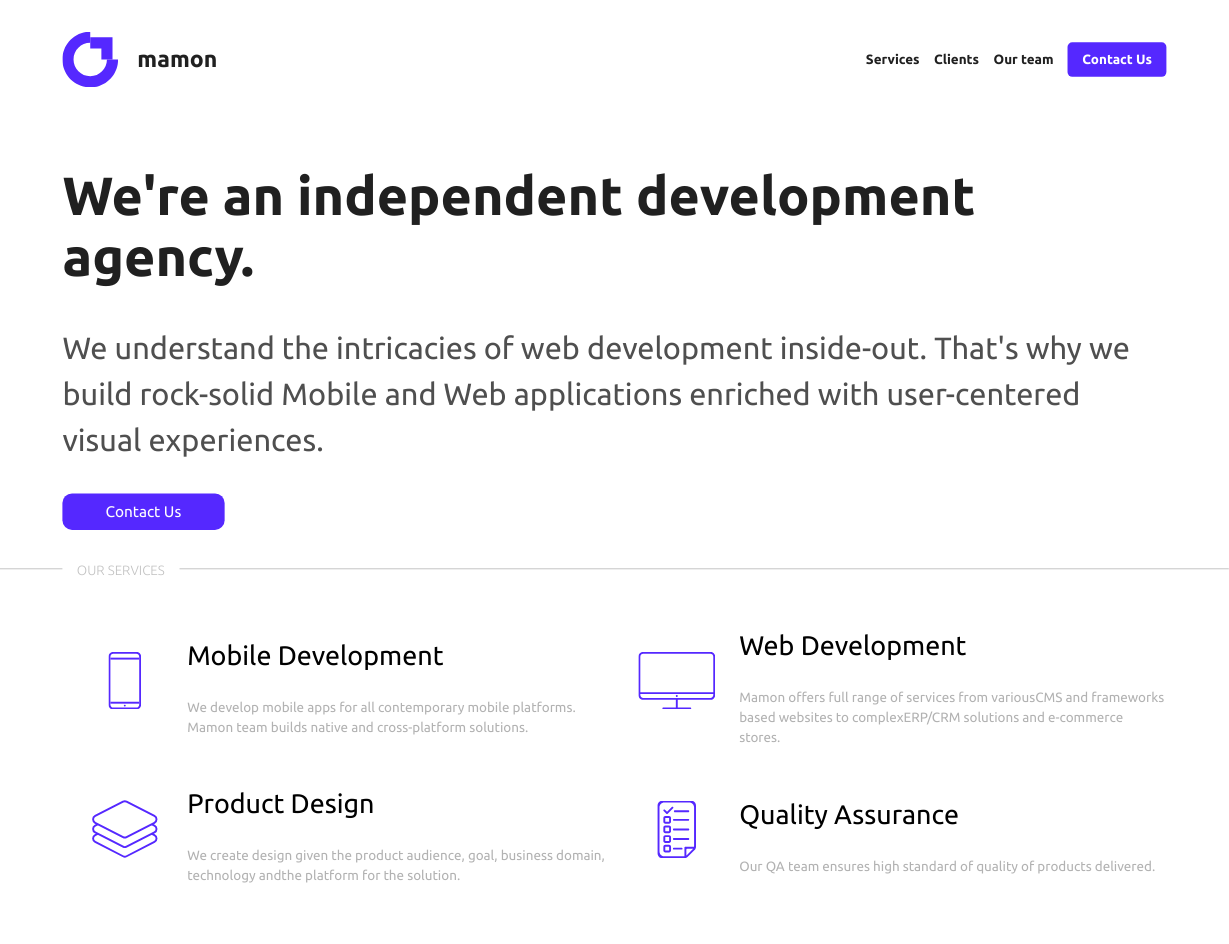
Repository: Vitalii23081984/testHGC
Page: index.html
These files come from the project's save history. The page is drawn as it stood at one moment and after the next save; the edit follows.
The browser window is 1280 px wide. The pictures show the whole page, at 96% of full size.

Above is the page before, as saved 2022-11-20 18:39:27.

### index.html
<!DOCTYPE html>
<html lang="en">
<head>
    <meta charset="UTF-8">
    <meta http-equiv="X-UA-Compatible" content="IE=edge">
    <meta name="viewport" content="width=device-width, initial-scale=1.0">
    <title>Mamon</title>
    <link href="https://fonts.googleapis.com/css2?family=Ubuntu:wght@300;400;700&display=swap" rel="stylesheet">
    <link rel="stylesheet" href="https://cdnjs.cloudflare.com/ajax/libs/normalize/8.0.1/normalize.css">
    <link rel="stylesheet" href="css/style.css">
</head>
<body>
    <header>
        <div class="header">
            <a href="" class="logo">
                <span class="logo_img"></span>
                <span class="logo_text">mamon</span></a>
            <nav>
                <ul class="nav">
                    <li><a href="">Services</a></li>
                    <li><a href="">Clients</a></li>
                    <li><a href="">Our team</a></li>
                    <li><button class="nav_btn" type="button">Contact Us</button></li>
                </ul>
            </nav>
        </div>

    </header>
    <div class="page">
        <div class="wrap">
            <h1 class="title-main">We're an independent development agency.</h1>
            <p class="text-main">We understand the intricacies of web development inside-out. That's why we build rock-solid Mobile and Web applications enriched with user-centered visual experiences.</p>
            <button type="button" class="button">Contact Us</button>
        </div>
    </div>
    <div class="page page-top">
        <div class="wrap">
            <h2>OUR SERVICES</h2>
            <div class="services">
                <div class="service-item">
                    <div class="services_img"><img src="img/icon-1.svg" alt=""></div>
                    <div class="services_text">
                        <h3>Mobile Development</h3>
                        <p>We develop mobile apps for all contemporary mobile platforms. Mamon team builds native and cross-platform solutions.</p>
                    </div>
                </div>
                <div class="service-item">
                    <div class="services_img"><img src="img/icon-2.svg" alt=""></div>
                    <div class="services_text">
                        <h3>Web Development</h3>
                        <p>Mamon offers full range of services from variousCMS and frameworks based websites to complexERP/CRM solutions and e-commerce stores.</p>
                    </div>
                </div>
                <div class="service-item">
                    <div class="services_img"><img src="img/icon3.svg" alt=""></div>
                    <div class="services_text">
                        <h3>Product Design</h3>
                        <p>We create design given the product audience, goal, business domain, technology andthe platform for the solution.</p>
                    </div>
                </div>
                <div class="service-item">
                    <div class="services_img"><img src="img/icon-4.svg" alt=""></div>
                    <div class="services_text">
                        <h3>Quality Assurance</h3>
                        <p> Our QA team ensures high standard of quality of products delivered.</p>
                    </div>
                </div>

            </div>
        </div>

    </div>

</body>
</html>

### css/style.css
body {
    font-family: 'Ubuntu', sans-serif;

}
.header {
    width: 100%;
    max-width: 1180px;
    margin: 0 auto;
    padding-left: 15px;
    padding-right: 15px;
    padding-top: 30px;
    display: flex;
    justify-content: space-between;
    align-items: center;
    box-sizing: border-box;
    font-weight: 700;
}
.wrap {
    width: 100%;
    max-width: 1180px;
    margin: 0 auto;
    padding-left: 15px;
    padding-right: 15px;
    box-sizing: border-box;

}
.nav {
    list-style-type: none;
    display: flex;
    justify-content: flex-start;
    align-items: center;
    font-size: 14px;

}
.nav>li {
    margin-left: 15px;
}
.nav>li>a {
    text-decoration: none;
    color: #202020;
}
.nav_btn {
    background-color: #5528FF;
    border-radius: 5px;
    padding: 10px 15px;
    color: white;
    border: none;
    font-weight: 700;
}
.logo {
    display: flex;
    align-items: center;
    text-decoration: none;
}
.logo_img {
    display: block;
    width: 58px;
    height: 58px;
    background-image: url(../img/logo.svg);
    margin-right: 20px;
}
.logo_text {
    font-size: 24px;
    color: #202020;

}
.title-main {
   font-size: 56px;
   color: #202020;
   font-weight: 700;

}
.text-main {
    font-size: 32px;
    line-height: 1.5;
    color: #4F4F4F;


}
.button {
    background-color: #5528FF;
    border-radius: 10px;
    padding: 10px 45px;
    color: white;
    border: none;
    font-weight: 24px;
}
.page {
    padding-top: 40px;
    padding-bottom: 40px;
    position: relative;
}
.page-top {
    border-top: 1px solid #c2c2c2;
}
.page h2 {
    position: absolute;
    top: -24px;
    font-size: 14px;
    font-weight: 300;
    background-color: white;
    padding: 5px 15px;
    color: #c2c2c2;
}
.services {
    display: grid;
    grid-template: 50% 50% / 50% 50%;

}
.service-item {
    display: flex;
    justify-content: flex-start;
    align-items: center;
}
.services_img {
    flex-basis: 130px;
    text-align: center;

}
.services_text {
    flex-basis: calc(100% - 130px);

}
.services h3 {
    font-size: 28px;
    font-weight: 400;

}
.services p {
    font-size: 14px;
    color: #B2B2B2;
    line-height: 1.5;


}

After the next save:
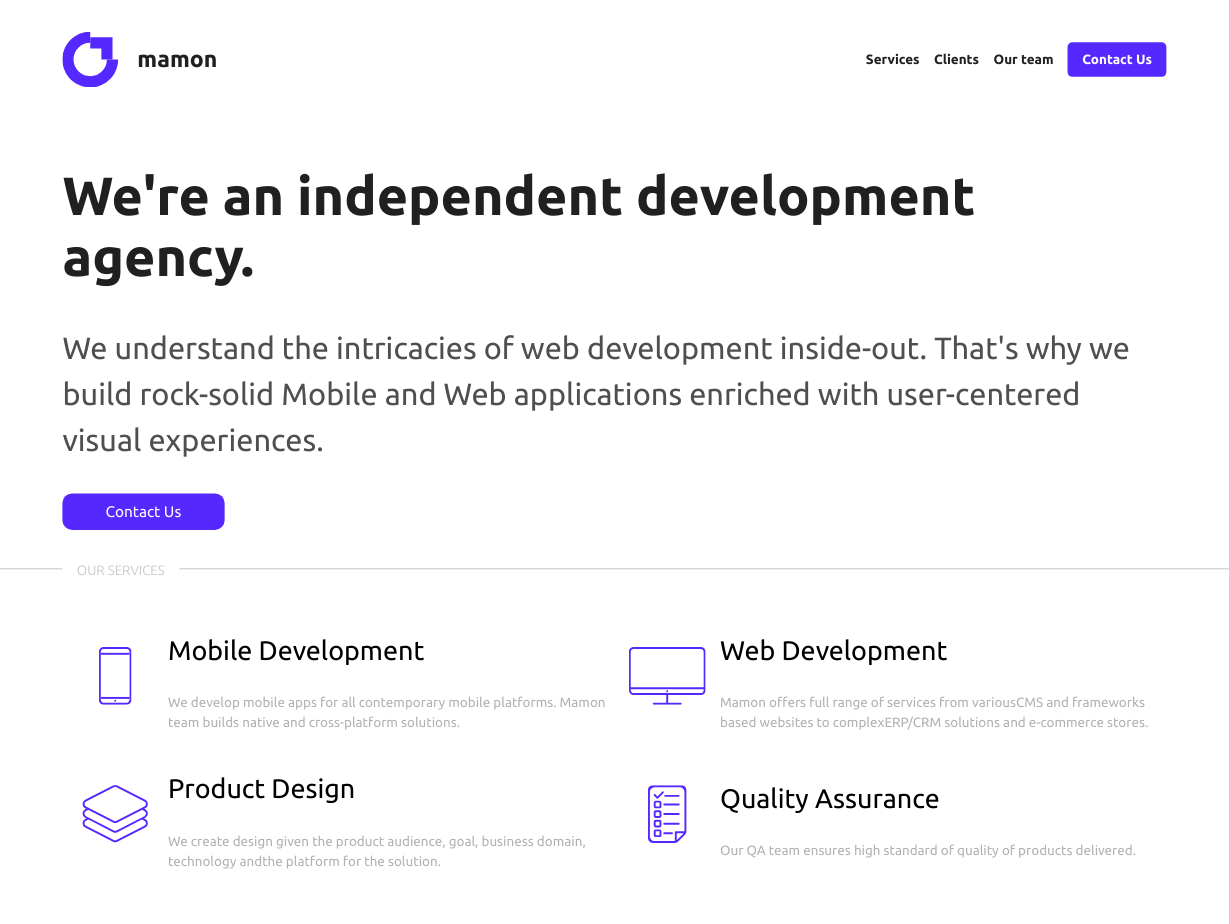
Saved 21 s later.
--- a/css/style.css
+++ b/css/style.css
@@ -113,12 +113,12 @@
     align-items: center;
 }
 .services_img {
-    flex-basis: 130px;
+    flex-basis: 110px;
     text-align: center;
 
 }
 .services_text {
-    flex-basis: calc(100% - 130px);
+    flex-basis: calc(100% - 110px);
 
 }
 .services h3 {
